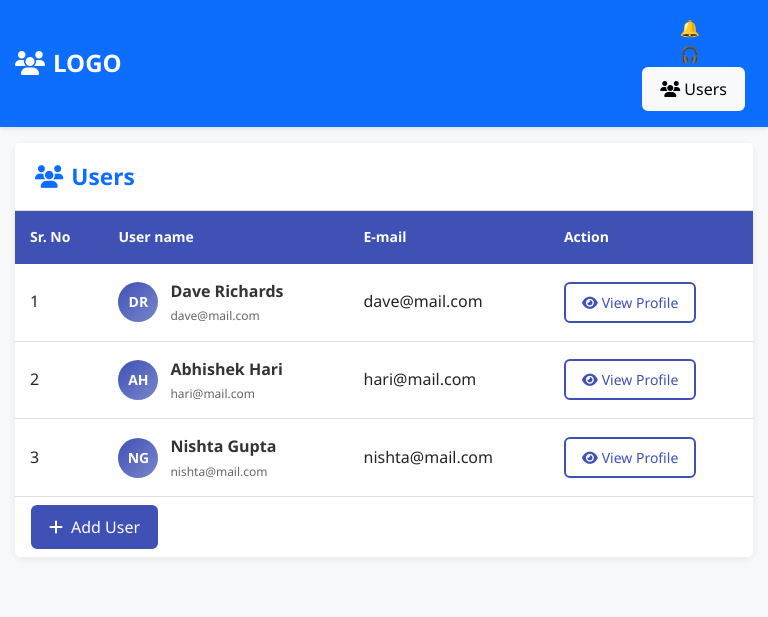
Repository: lavanya671-G/interview_buddy
Page: index.html
These files come from the project's save history. The page is drawn as it stood at one moment and after the next save; the edit follows.
The browser window is 768 px wide. The pictures show the whole page.

Above is the page before, as saved 2025-10-25 23:08:20.

### index.html
<!DOCTYPE html>
<html lang="en">
<head>
    <meta charset="UTF-8">
    <meta name="viewport" content="width=device-width, initial-scale=1.0">
    <title>User Profiles Management</title>
    <link href="https://cdn.jsdelivr.net/npm/bootstrap@5.3.0/dist/css/bootstrap.min.css" rel="stylesheet">
    <link rel="stylesheet" href="https://cdnjs.cloudflare.com/ajax/libs/font-awesome/6.4.0/css/all.min.css">
    <link rel="stylesheet" href="styles.css">
</head>
<body>
    <div id="root">

        <div id="loading" class="loading-spinner">
            <div class="spinner-border text-primary" role="status">
                <span class="visually-hidden">Loading...</span>
            </div>
        </div>


        <div id="error" class="error-message" style="display: none;">
            <i class="fas fa-exclamation-triangle me-2"></i>
            <span id="error-text"></span>
        </div>


        <div id="app-content" style="display: none;">

                        <!-- Top Navigation Bar -->
            <nav class="navbar navbar-expand-lg navbar-dark bg-primary">
                <div class="container-fluid">
                    <a class="navbar-brand fw-bold" href="#">
                        <i class="fas fa-users me-2"></i>LOGO
                    </a>

                    <!-- Navigation Icons and Buttons -->
                    <div class="navbar-nav ms-auto align-items-center">
                        <!-- Simple Notification Bell Icon -->
                        <span class="nav-icon me-3">
                            🔔
                        </span>

                        <!-- Simple Headphone Icon -->
                        <span class="nav-icon me-3">
                            🎧
                        </span>

                        <!-- Navigation Buttons -->
                        <button id="users-nav-btn" class="btn btn-outline-light me-2">
                            <i class="fas fa-users me-1"></i>Users
                        </button>
                        <button id="profile-nav-btn" class="btn btn-outline-light" style="display: none;">
                            <i class="fas fa-user me-1"></i>Profile
                        </button>
                    </div>
                </div>
            </nav>


            <div class="container-fluid mt-3">

                <div id="users-view">
                    <div class="card">
                        <div class="card-header bg-white">
                            <h4 class="mb-0 text-primary">
                                <i class="fas fa-users me-2"></i>Users
                            </h4>
                        </div>
                        <div class="card-body p-0">
                            <div class="table-responsive">
                                <table class="table table-hover mb-0">
                                    <thead class="table-primary">
                                        <tr>
                                            <th>Sr. No</th>
                                            <th>User name</th>
                                            <th>E-mail</th>
                                            <th>Action</th>
                                        </tr>
                                    </thead>
                                    <tbody id="users-table-body">

                                    </tbody>
                                </table>
                            </div>
                            <div class="card-footer bg-white border-0">
                                <button id="add-user-btn" class="btn btn-primary">
                                    <i class="fas fa-plus me-2"></i>Add User
                                </button>
                            </div>
                        </div>
                    </div>
                </div>


                <div id="add-user-view" style="display: none;">
                    <div class="card">
                        <div class="card-header bg-white d-flex justify-content-between align-items-center">
                            <h4 class="mb-0 text-primary">Add User</h4>
                            <button id="back-to-users" class="btn btn-outline-secondary">
                                <i class="fas fa-arrow-left me-2"></i>Back to Users
                            </button>
                        </div>
                        <div class="card-body">
                            <form id="add-user-form">
                                <div class="row">
                                    <div class="col-md-6 mb-3">
                                        <label class="form-label fw-semibold">First Name</label>
                                        <input type="text" class="form-control" id="add-first-name" placeholder="e.g. John" required>
                                    </div>
                                    <div class="col-md-6 mb-3">
                                        <label class="form-label fw-semibold">Last Name</label>
                                        <input type="text" class="form-control" id="add-last-name" placeholder="e.g. Doe" required>
                                    </div>
                                </div>
                                <div class="row">
                                    <div class="col-md-6 mb-3">
                                        <label class="form-label fw-semibold">Email</label>
                                        <input type="email" class="form-control" id="add-email" placeholder="e.g. john@mail.com" required>
                                    </div>
                                    <div class="col-md-6 mb-3">
                                        <label class="form-label fw-semibold">Phone</label>
                                        <input type="text" class="form-control" id="add-phone" placeholder="e.g. 8332883854" required>
                                    </div>
                                </div>
                                <div class="d-flex gap-2">
                                    <button type="submit" class="btn btn-success">
                                        <i class="fas fa-save me-2"></i>Save User
                                    </button>
                                    <button type="button" id="cancel-add-user" class="btn btn-outline-secondary">
                                        <i class="fas fa-times me-2"></i>Cancel
                                    </button>
                                </div>
                            </form>
                        </div>
                    </div>
                </div>


                <div id="profile-view" style="display: none;">
                </div>
            </div>
        </div>
    </div>

    <script src="https://cdn.jsdelivr.net/npm/bootstrap@5.3.0/dist/js/bootstrap.bundle.min.js"></script>
    <script src="app.js"></script>
</body>
</html>

### styles.css
:root {
    --primary-color: #3f51b5;
    --secondary-color: #f5f5f5;
    --accent-color: #ff4081;
    --text-color: #333;
    --border-color: #e0e0e0;
}

* {
    margin: 0;
    padding: 0;
    box-sizing: border-box;
}

body {
    font-family: 'Segoe UI', Tahoma, Geneva, Verdana, sans-serif;
    background-color: #f8f9fa;
    color: var(--text-color);
    line-height: 1.6;
}

.navbar {
    box-shadow: 0 2px 4px rgba(0,0,0,0.1);
    padding: 1rem 0;
}

.navbar-brand {
    font-size: 1.5rem;
}

.container-fluid {
    padding: 0 20px;
}

.card {
    border: none;
    border-radius: 8px;
    box-shadow: 0 2px 10px rgba(0,0,0,0.08);
    margin-bottom: 20px;
}

.card-header {
    background: white;
    border-bottom: 1px solid var(--border-color);
    padding: 20px;
}

.card-header h4 {
    color: var(--primary-color);
    font-weight: 600;
}

.table {
    margin: 0;
}

.table thead th {
    background-color: var(--primary-color);
    color: white;
    border: none;
    padding: 15px;
    font-weight: 600;
    font-size: 14px;
}

.table tbody tr {
    transition: background-color 0.2s ease;
}

.table tbody tr:hover {
    background-color: rgba(63, 81, 181, 0.05);
}

.table tbody td {
    padding: 15px;
    vertical-align: middle;
    border-bottom: 1px solid var(--border-color);
}


.user-avatar {
    width: 40px;
    height: 40px;
    border-radius: 50%;
    background: linear-gradient(135deg, var(--primary-color), #7986cb);
    color: white;
    display: flex;
    align-items: center;
    justify-content: center;
    font-weight: bold;
    font-size: 14px;
    margin-right: 12px;
}

.user-info {
    display: flex;
    align-items: center;
}

.user-name {
    font-weight: 600;
    color: var(--text-color);
}

.user-email {
    font-size: 12px;
    color: #666;
    margin-top: 2px;
}


.btn {
    border-radius: 6px;
    padding: 8px 16px;
    font-weight: 500;
    transition: all 0.3s ease;
    border: 2px solid transparent;
}

.btn-primary {
    background: var(--primary-color);
    border-color: var(--primary-color);
}

.btn-primary:hover {
    background: #303f9f;
    border-color: #303f9f;
    transform: translateY(-1px);
}

.btn-outline-primary {
    border-color: var(--primary-color);
    color: var(--primary-color);
    background: transparent;
}

.btn-outline-primary:hover {
    background: var(--primary-color);
    color: white;
}

.btn-success {
    background: #28a745;
    border-color: #28a745;
}

.btn-outline-secondary {
    border-color: #6c757d;
    color: #6c757d;
}


.loading-spinner {
    display: flex;
    justify-content: center;
    align-items: center;
    height: 100vh;
    background: white;
}

.error-message {
    background: #dc3545;
    color: white;
    padding: 12px 20px;
    border-radius: 6px;
    margin: 20px 0;
    display: none;
    position: fixed;
    top: 20px;
    right: 20px;
    z-index: 1000;
    box-shadow: 0 4px 6px rgba(0,0,0,0.1);
}


.profile-header {
    background: white;
    padding: 30px;
    border-bottom: 1px solid var(--border-color);
}

.profile-header-content {
    display: flex;
    align-items: center;
    margin-bottom: 20px;
}

.profile-avatar-large {
    width: 80px;
    height: 80px;
    border-radius: 50%;
    background: linear-gradient(135deg, var(--primary-color), #7986cb);
    color: white;
    display: flex;
    align-items: center;
    justify-content: center;
    font-size: 24px;
    font-weight: bold;
    margin-right: 20px;
}

.profile-info h2 {
    margin: 0;
    color: var(--text-color);
    font-weight: 700;
}

.profile-info p {
    margin: 5px 0 0 0;
    color: #666;
    font-size: 14px;
}

/* Profile Navigation Tabs */
.profile-nav {
    background: white;
    border-bottom: 1px solid var(--border-color);
}

.profile-nav .nav {
    padding: 0 30px;
}

.profile-nav .nav-link {
    color: #666;
    font-weight: 500;
    padding: 15px 20px;
    border: none;
    background: none;
    border-bottom: 3px solid transparent;
    transition: all 0.3s ease;
}

.profile-nav .nav-link:hover {
    color: var(--primary-color);
    background: rgba(63, 81, 181, 0.05);
}

.profile-nav .nav-link.active {
    color: var(--primary-color);
    border-bottom-color: var(--primary-color);
    background: none;
}

.tab-content {
    background: white;
    padding: 30px;
}

.tab-pane {
    animation: fadeIn 0.3s ease;
}

@keyframes fadeIn {
    from { opacity: 0; }
    to { opacity: 1; }
}

.section-header {
    color: var(--primary-color);
    font-weight: 600;
    margin-bottom: 20px;
    padding-bottom: 10px;
    border-bottom: 2px solid var(--border-color);
}


.profile-form .row {
    margin-bottom: 20px;
}

.profile-form .form-label {
    font-weight: 600;
    color: var(--text-color);
    margin-bottom: 8px;
    font-size: 14px;
}

.profile-form .form-control {
    border: 2px solid #e9ecef;
    border-radius: 6px;
    padding: 10px 12px;
    font-size: 14px;
}

.profile-form .form-control:focus {
    border-color: var(--primary-color);
    box-shadow: 0 0 0 0.2rem rgba(63, 81, 181, 0.1);
}

.profile-form .form-select {
    border: 2px solid #e9ecef;
    border-radius: 6px;
    padding: 10px 12px;
    font-size: 14px;
}

.work-experience-item {
    background: var(--secondary-color);
    border: 1px solid var(--border-color);
    border-radius: 8px;
    padding: 20px;
    margin-bottom: 15px;
}

.work-experience-item .row {
    margin-bottom: 15px;
}

.skills-projects-section {
    margin-top: 30px;
}


.linkedin-resume-section {
    margin-top: 30px;
    padding-top: 20px;
    border-top: 1px solid var(--border-color);
}


.action-buttons {
    display: flex;
    gap: 10px;
    margin-top: 20px;
}

@media (max-width: 768px) {
    .container-fluid {
        padding: 0 15px;
    }

    .profile-header-content {
        flex-direction: column;
        text-align: center;
    }

    .profile-avatar-large {
        margin-right: 0;
        margin-bottom: 15px;
    }

    .profile-nav .nav {
        padding: 0 15px;
    }

    .profile-nav .nav-link {
        padding: 12px 15px;
        font-size: 14px;
    }

    .tab-content {
        padding: 20px;
    }

    .action-buttons {
        flex-direction: column;
    }

    .action-buttons .btn {
        width: 100%;
    }
}


.text-muted {
    color: #6c757d !important;
}

.visually-hidden {
    position: absolute !important;
    width: 1px !important;
    height: 1px !important;
    padding: 0 !important;
    margin: -1px !important;
    overflow: hidden !important;
    clip: rect(0,0,0,0) !important;
    white-space: nowrap !important;
    border: 0 !important;
}

Loaded but not shown: app.js (567 lines, source omitted)

After the next save:
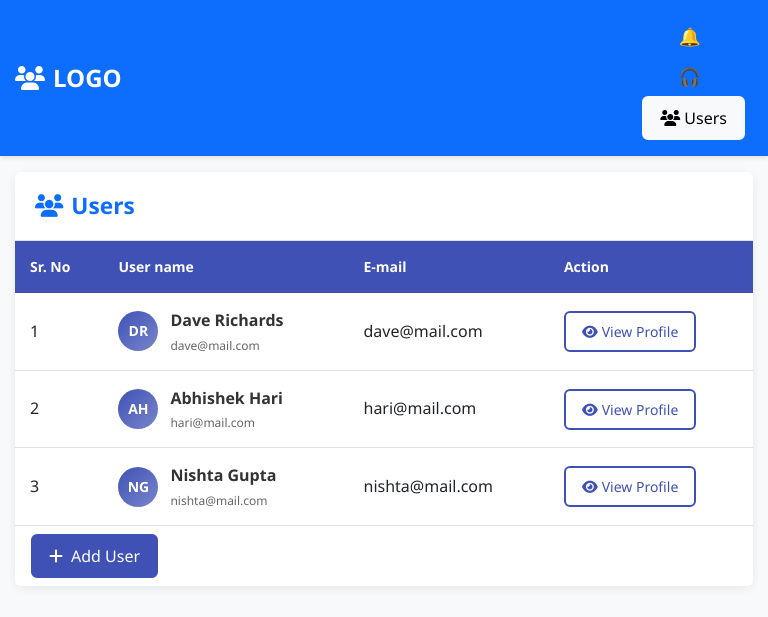
Saved 26 s later.
--- a/styles.css
+++ b/styles.css
@@ -378,3 +378,25 @@ body {
     white-space: nowrap !important;
     border: 0 !important;
 }
+
+.nav-icon {
+    font-size: 1.3rem;
+    cursor: pointer;
+    padding: 8px;
+    border-radius: 6px;
+    transition: all 0.3s ease;
+    display: inline-block;
+}
+
+.nav-icon:hover {
+    background-color: rgba(255, 255, 255, 0.1);
+    transform: scale(1.1);
+}
+
+
+@media (max-width: 768px) {
+    .nav-icon {
+        font-size: 1.1rem;
+        padding: 6px;
+    }
+}
